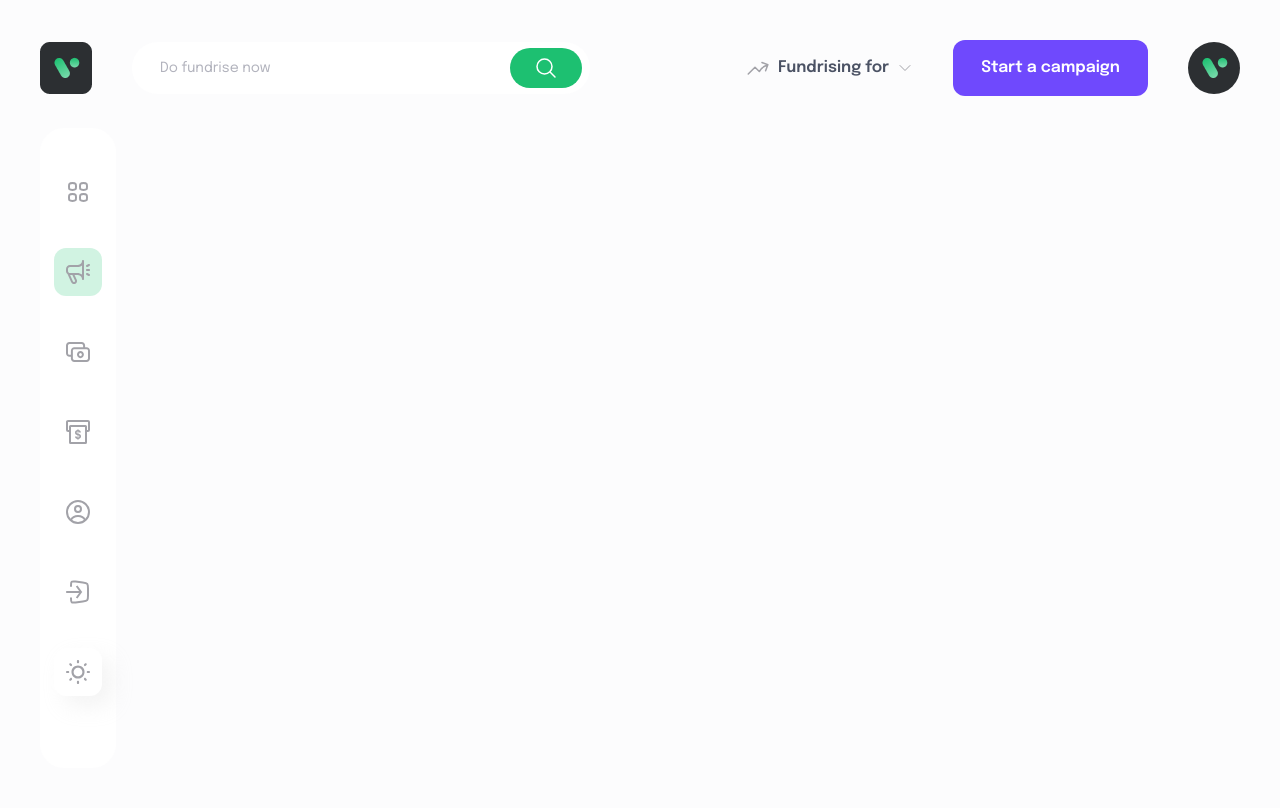
Repository: Kaymileee/crownFunding-Project
Page: /campaign
These files come from the project's save history. The page is drawn as it stood at one moment and after the next save; the edit follows.
The browser window is 1280 px wide. The pictures show the whole page.
The project was rebuilt for these pictures with package versions that can differ from the ones it lists, and the page was loaded fresh each time. Also part of the build but not shown: src/components/icons/IconEyeToggle.js, src/components/icons/IconFolder.js. Imported but missing from the stored project, and not drawn on this page: src/components/common/FormGroup, src/components/input/Input.

Above is the page before, as saved 2023-02-05 18:38:16.

After the next save:
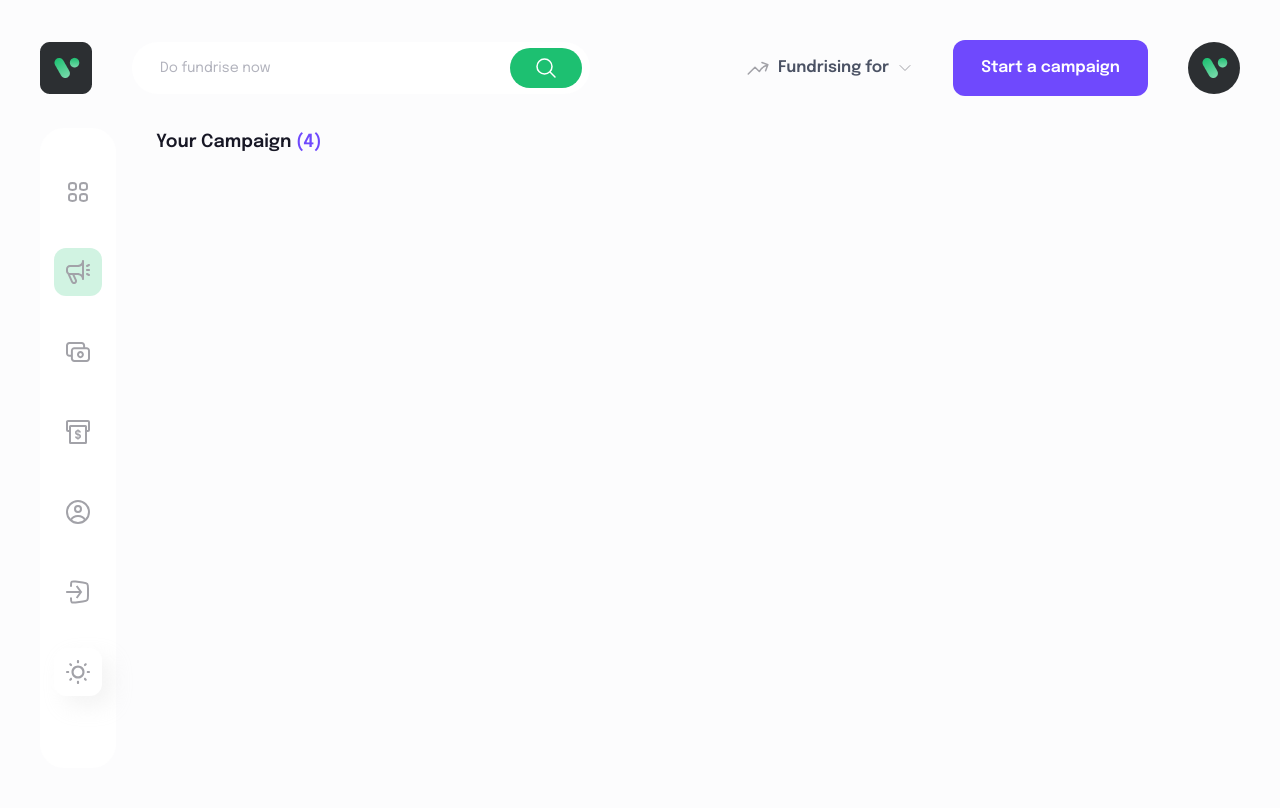
Saved 16 s later.
--- a/src/pages/CampaignPage.js
+++ b/src/pages/CampaignPage.js
@@ -5,7 +5,7 @@ import LayoutDashboard from "../layouts/LayoutDashboard";
 const CampaignPage = () => {
   return (
     <LayoutDashboard>
-      <Heading></Heading>
+      <Heading number={4}>Your Campaign </Heading>
     </LayoutDashboard>
   );
 };
